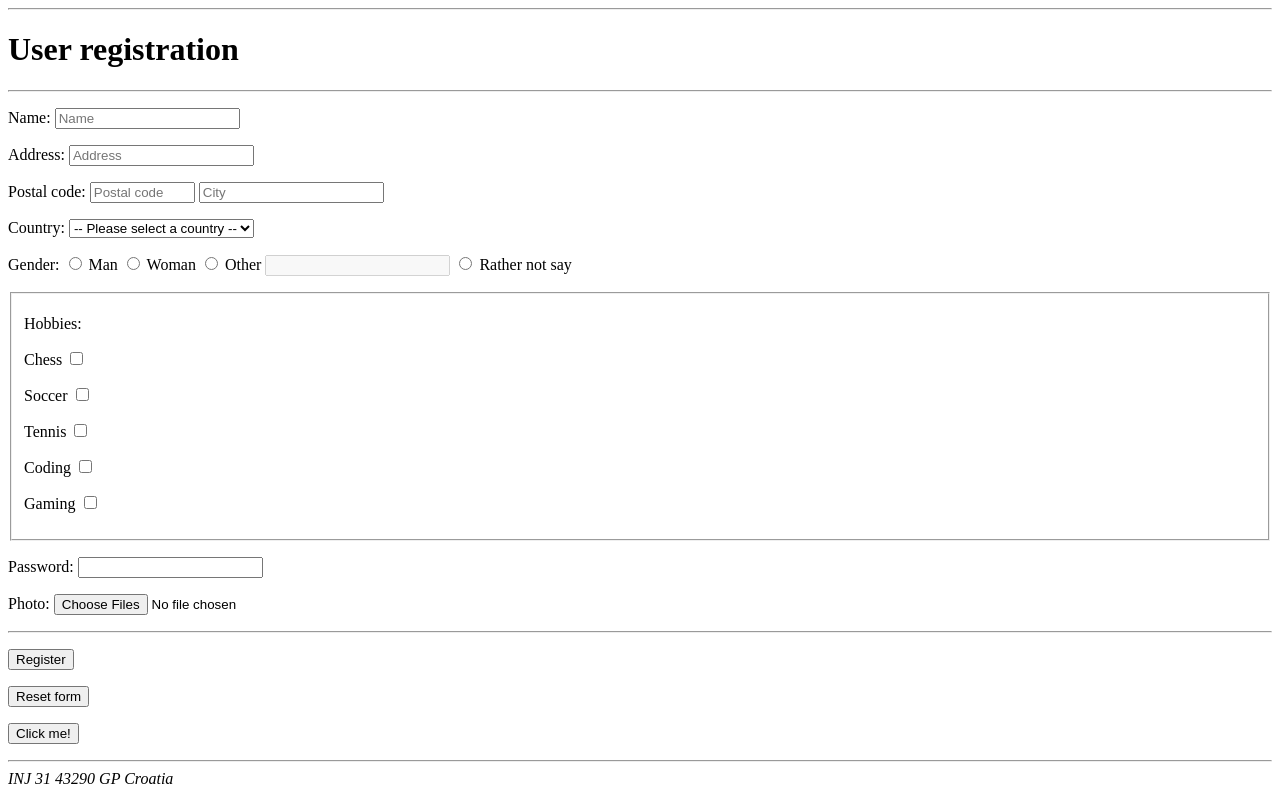
Repository: Filip-Husic/AW_frontend
Page: ex3Forms.html
An editor plug-in stored every save of this project. The page is shown before and after the next save, followed by the edit.
The browser window is 1280 px wide. The pictures show the whole page.

Above is the page before, as saved 2022-11-23 14:09:13.

After the next save:
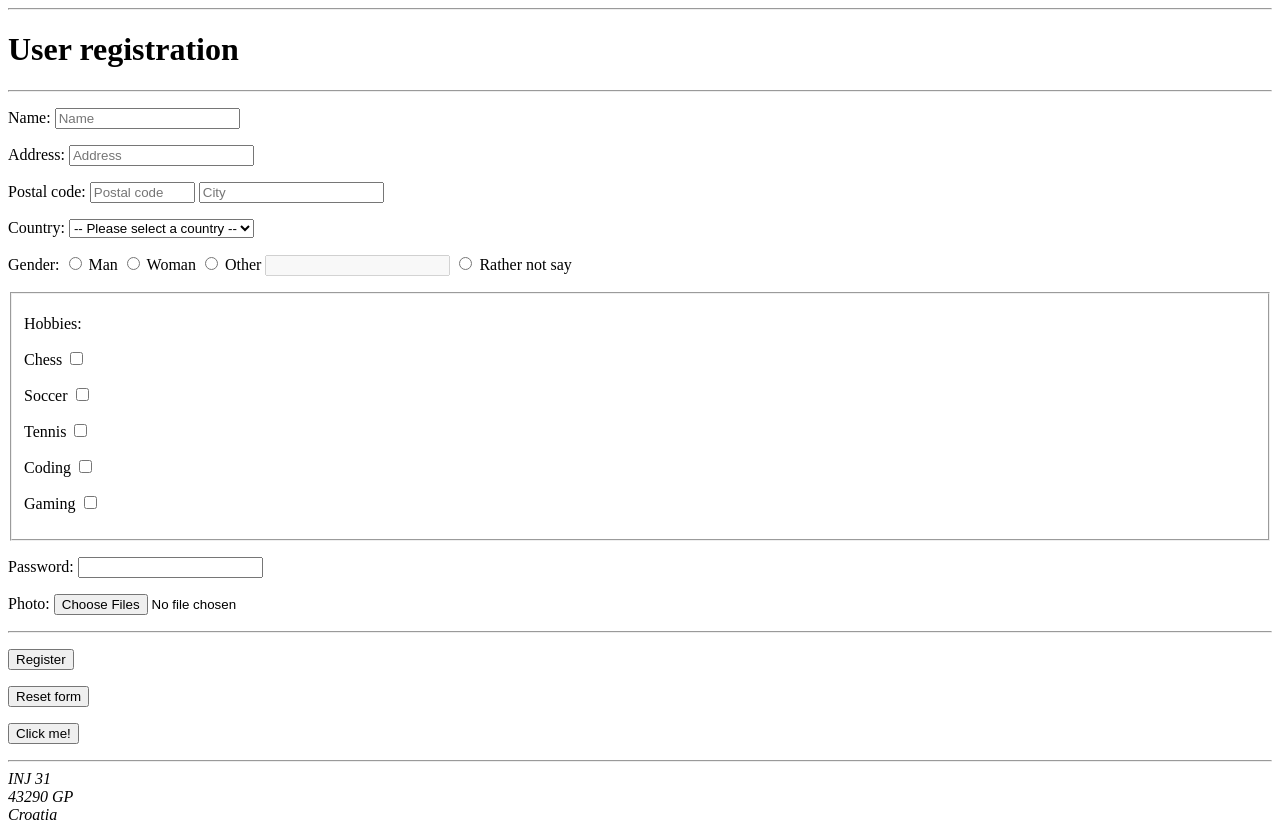
Saved 13 s later.
--- a/ex3Forms.html
+++ b/ex3Forms.html
@@ -93,9 +93,9 @@
         <hr>
     </form>
     <address>
-        INJ 31
-        43290 GP
-        Croatia
+        INJ 31 <br>
+        43290 GP <br>
+        Croatia <br>
     </address>
     <script>
 
